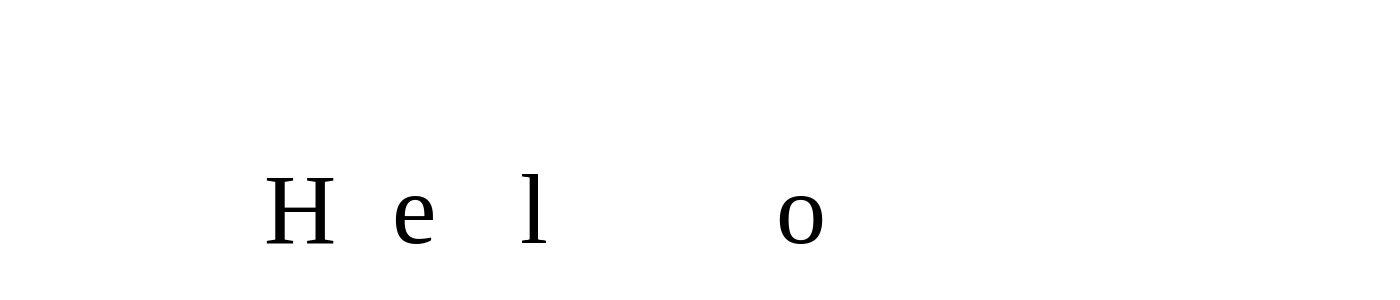
Repository: julihocc/javascript-interview-practice
Page: 01 HTML CSS/Exercise 75/index.html
The author's editor kept a copy of each file at every save. The page is drawn from the files as they stood at one save, then again after the next save.
The browser window is 1280 px wide. The page is 1400 px wide, so the pictures cover 1400 px, including what lies to the right of the window. The pictures show the whole page.

Above is the page before, as saved 2022-09-30 00:24:25.

After the next save:
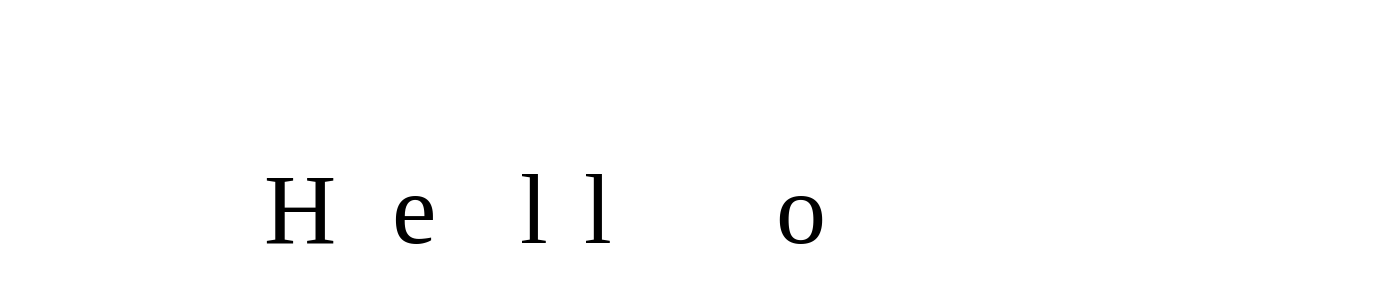
Saved 4 s later.
--- a/01 HTML CSS/Exercise 75/style.css
+++ b/01 HTML CSS/Exercise 75/style.css
@@ -29,7 +29,7 @@
 }
 
 #l4, #l4:hover {
-    left: 30vw;
+    left: 35vw;
 }
 
 #l5, #l5:hover {
